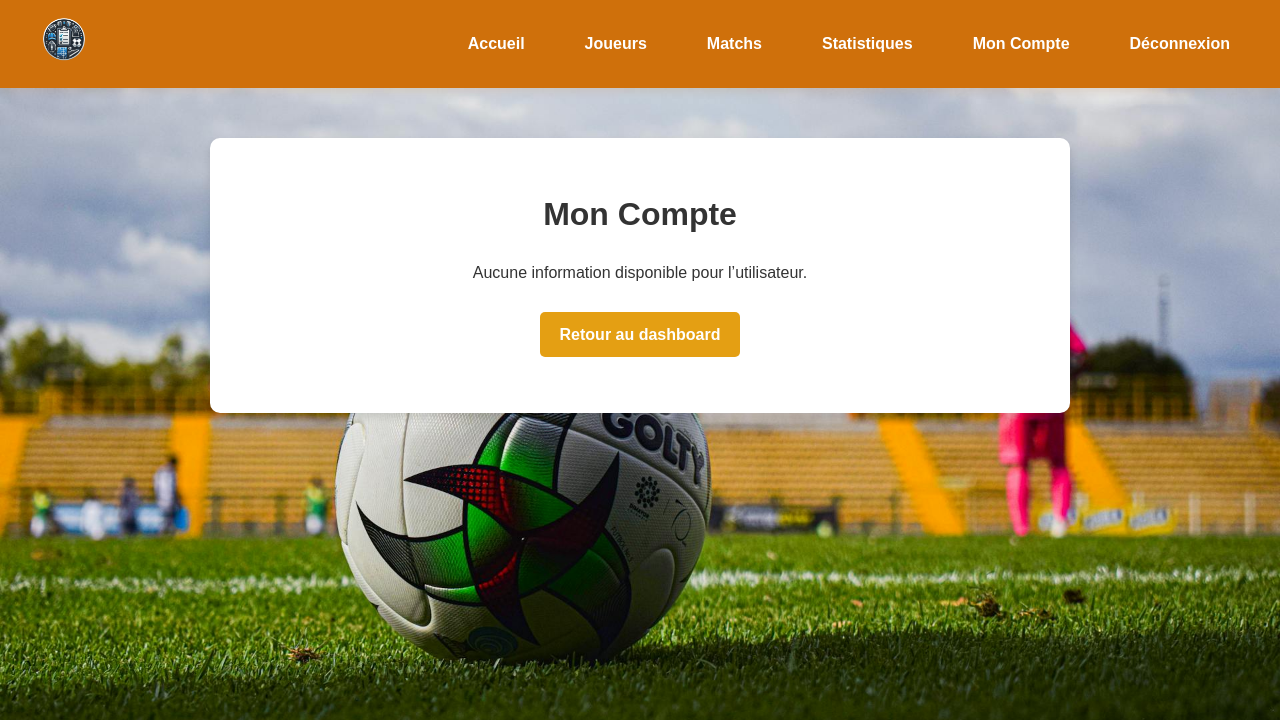
Repository: iisloomx/R401_MiniProjet
Page: http://localhost/MiniprojetR3.01/views/mon_compte.php
An editor plug-in stored every save of this project. The page is shown before and after a run of saves, followed by the edit.
The browser window is 1280 px wide. The pictures show the whole page.
The page is run by PHP 8.4 with error messages shown; the project is at /var/www/html/. The session is filled in as if someone had signed in: {"id_utilisateur": 1, "utilisateur": "Test User"}.

Above is the page before, as saved 2025-01-19 15:20:28.

After the next 2 saves:
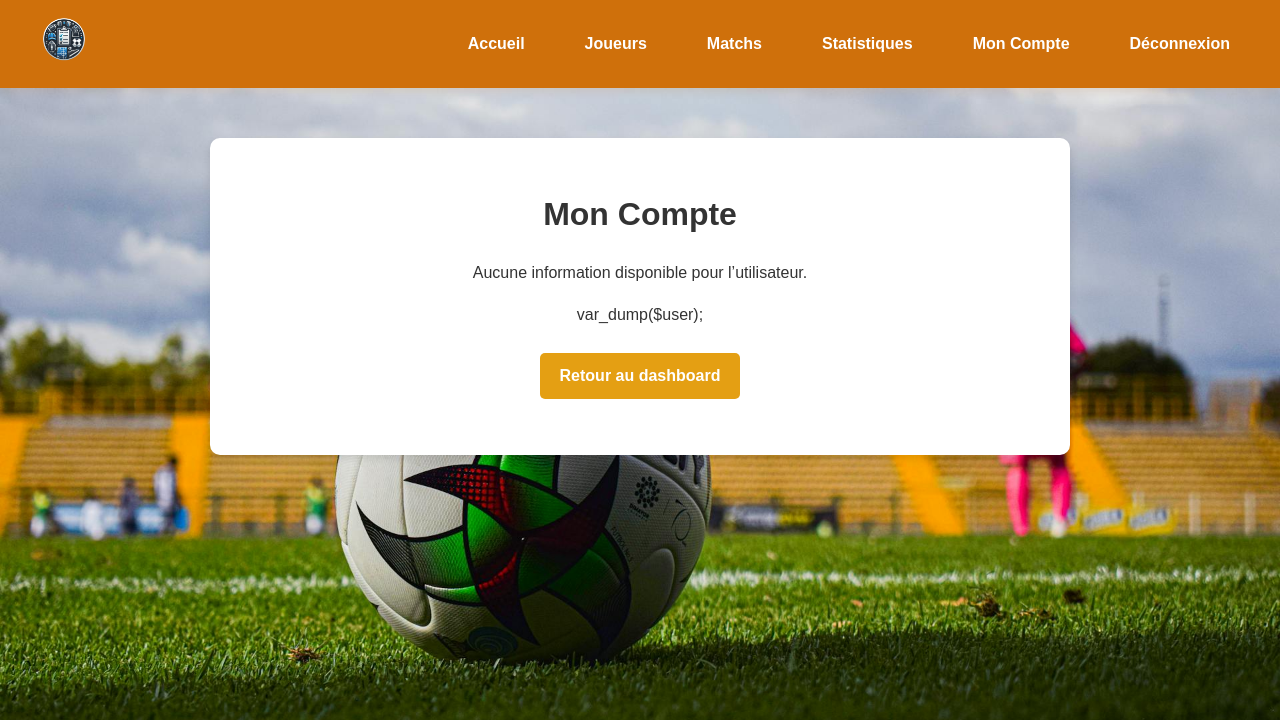
The 2 saves are shown as one change because they came seconds apart.
The last was saved 8 s later.
--- a/views/mon_compte.php
+++ b/views/mon_compte.php
@@ -44,6 +44,7 @@
             </form>
         <?php else: ?>
             <p>Aucune information disponible pour l’utilisateur. </p>
+            var_dump($user);
         <?php endif; ?>
 
         <p>

After the save that followed:
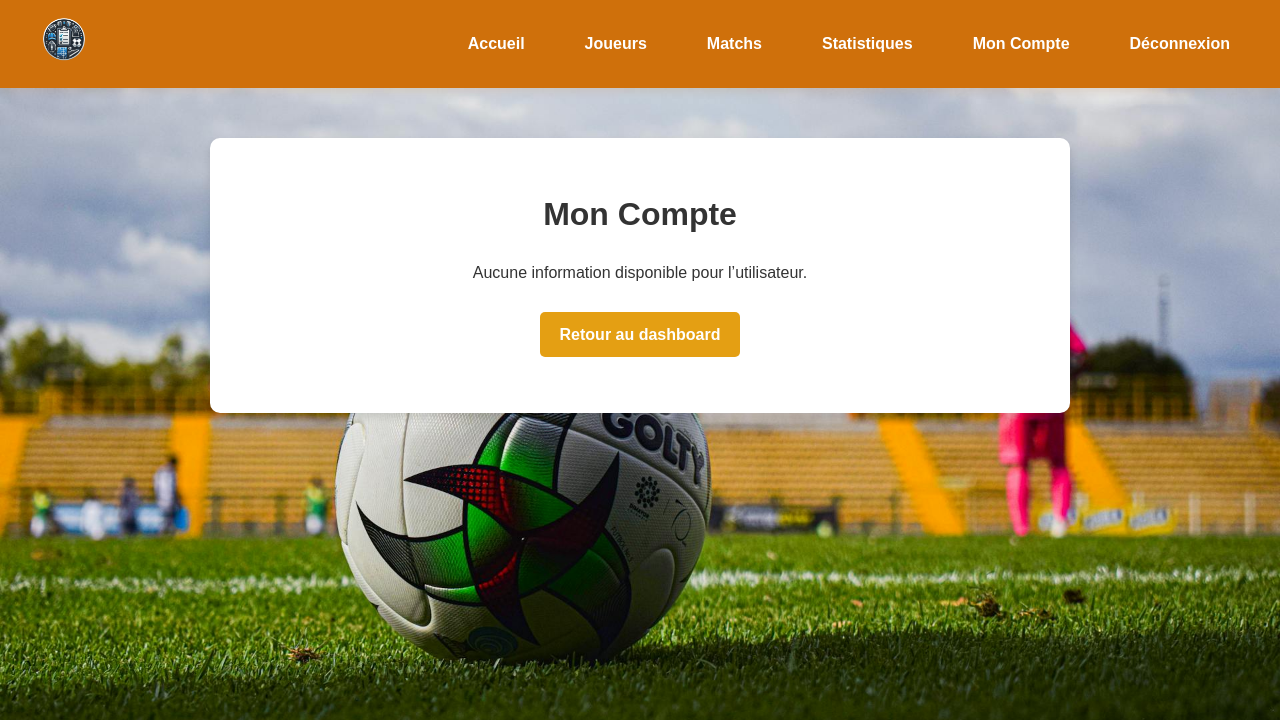
Saved 5 s later.
--- a/views/mon_compte.php
+++ b/views/mon_compte.php
@@ -44,7 +44,7 @@
             </form>
         <?php else: ?>
             <p>Aucune information disponible pour l’utilisateur. </p>
-            var_dump($user);
+
         <?php endif; ?>
 
         <p>
